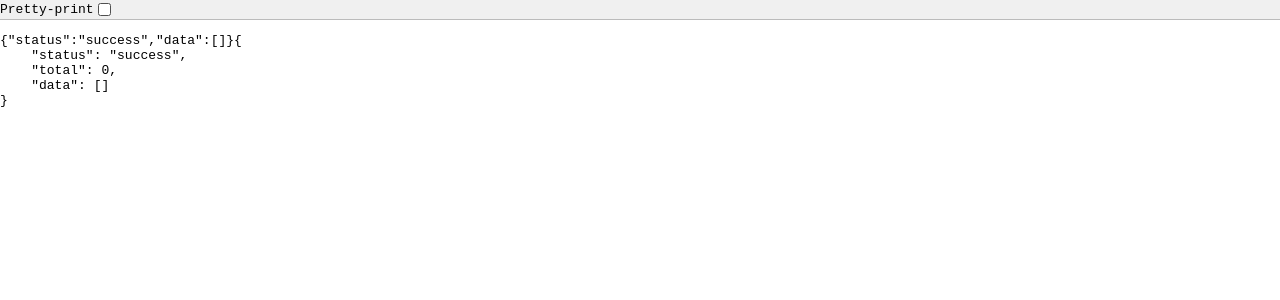
Repository: NandaAdisaputra/WISATASEMARANG_BACKEND
Page: http://localhost/read.php
An editor plug-in stored every save of this project. The page is shown before and after the next save, followed by the edit.
The browser window is 1280 px wide. The pictures show the whole page.
The page is run by PHP 8.4 with error messages shown; the project is at /var/www/html/. Queries for data that is not in the repository find no rows.

Above is the page before, as saved 2025-02-12 06:46:05.

### read.php
<?php
header("Content-Type: application/json");
header("Access-Control-Allow-Origin: *");
header("Access-Control-Allow-Methods: GET");

$host = "localhost"; // Sesuaikan dengan MySQL
$user = "root"; // Username MySQL
$pass = ""; // Password MySQL (kosongkan jika default)
$dbname = "wisata_semarang"; // Sesuaikan dengan database

$conn = new mysqli($host, $user, $pass, $dbname);

// Cek koneksi
if ($conn->connect_error) {
    die(json_encode(["status" => "error", "message" => "Koneksi Gagal: " . $conn->connect_error]));
}

// Ambil data dari tabel
$sql = "SELECT * FROM tempat_wisata";
$result = $conn->query($sql);

$data = [];

if ($result->num_rows > 0) {
    while ($row = $result->fetch_assoc()) {
        $data[] = $row;
    }
}

// Tampilkan hasil dalam format JSON
echo json_encode(["status" => "success", "data" => $data]);
echo json_encode(["status" => "success", "total" => count($data), "data" => $data], JSON_PRETTY_PRINT);
$conn->close();
?>

After the next save:
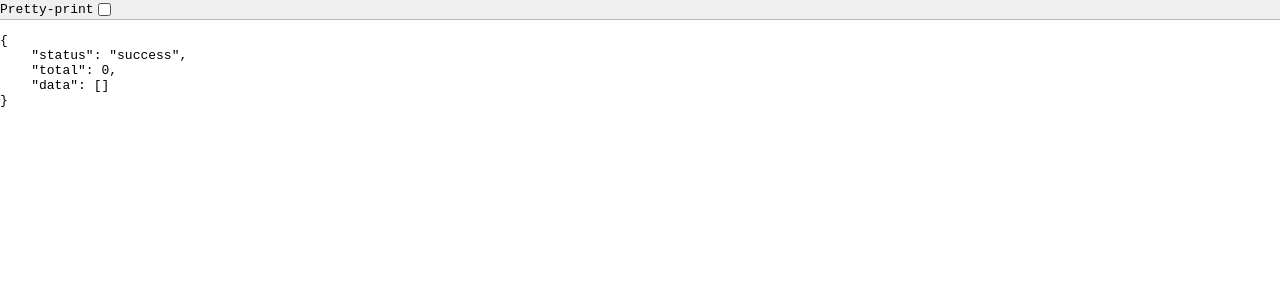
Saved 13 s later.
--- a/read.php
+++ b/read.php
@@ -28,7 +28,7 @@ if ($result->num_rows > 0) {
 }
 
 // Tampilkan hasil dalam format JSON
-echo json_encode(["status" => "success", "data" => $data]);
+// echo json_encode(["status" => "success", "data" => $data]);
 echo json_encode(["status" => "success", "total" => count($data), "data" => $data], JSON_PRETTY_PRINT);
 $conn->close();
 ?>
